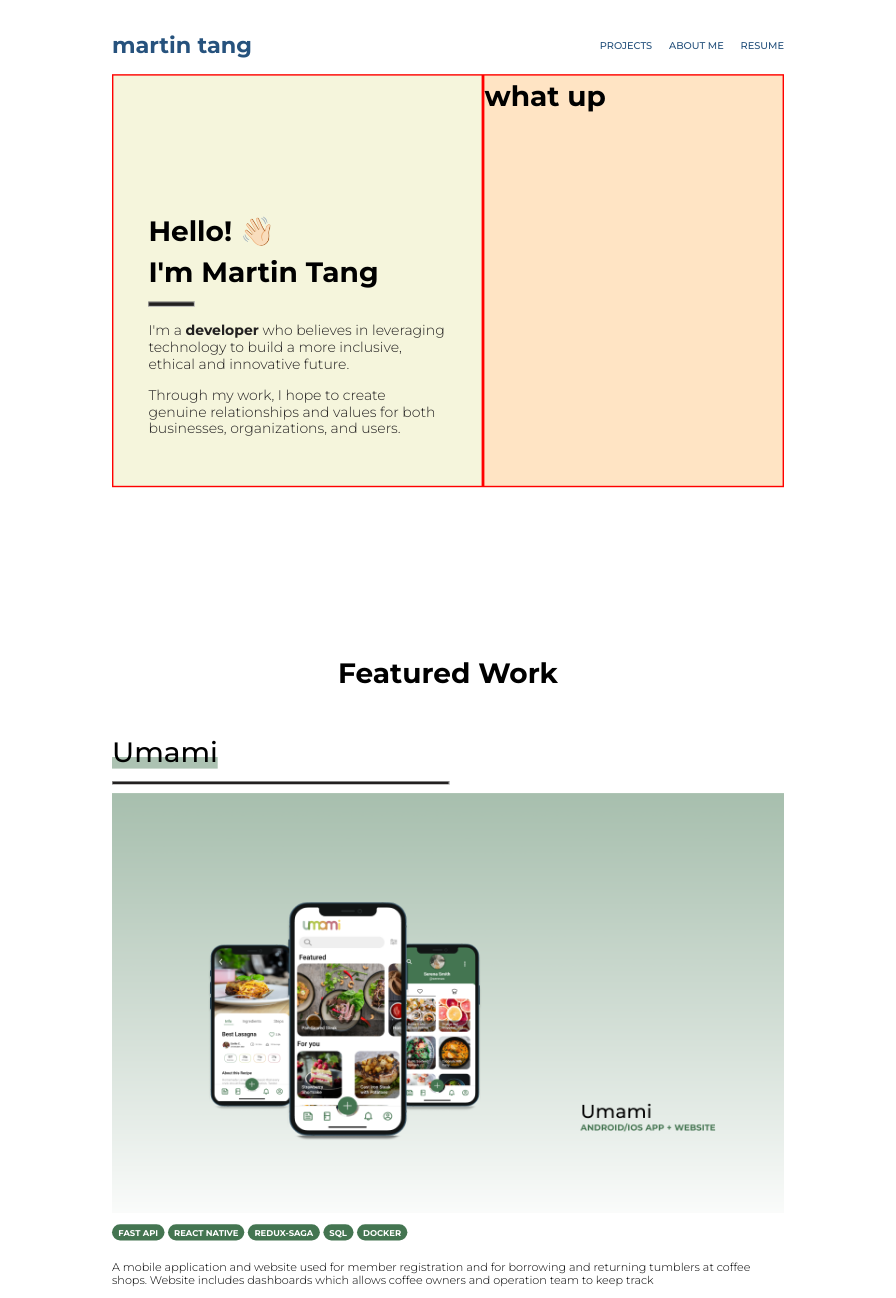
Repository: TangMartin/martintang
Page: index.html
An editor plug-in stored every save of this project. The page is shown before and after the next save, followed by the edit.
The browser window is 1280 px wide. The pictures show the whole page, at 70% of full size.

Above is the page before, as saved 2021-11-24 00:48:07.

### index.html
<!DOCTYPE html>

<html>
    <head>
        <link href="./styles/style.css" rel="stylesheet">
        <link rel="preconnect" href="https://fonts.googleapis.com">
        <link rel="preconnect" href="https://fonts.gstatic.com" crossorigin>
        <link href="https://fonts.googleapis.com/css2?family=Montserrat:wght@300;500;700&display=swap" rel="stylesheet">
        <title> Martin Tang</title>
    </head>

    <body>
        <div class="topnav">
            <a class="name" href="./index.html" style="font-weight: bold; font-size: 32px;">martin tang</a>
            <a class="tabs" href="./Martin_Tang_Resume.pdf" download>RESUME</a>
            <a class="tabs" href="./pages/aboutme.html">ABOUT ME</a>
            <a class="tabs" href="./pages/projects.html">PROJECTS</a>
        </div>
        <div class="flex-main">
            <div class="flex-left">
                <h1>Hello! <span class="wave">👋🏻</span> </h1>
                <h1>I'm Martin Tang</h1>
                <hr style="height:5px; width:15%; margin-left:0; background-color:#222020; display: inline-block">
                <h3>I'm a <strong>developer</strong> who believes in leveraging technology to build a more inclusive, ethical and innovative future. </h3>
                <h3>Through my work, I hope to create genuine relationships and values for both businesses, organizations, and users.</h3>
            </div>
            <div class="flex-right">
                <h1> what up</h1>
            </div>
        </div>
        <div class="featured_work">
            <!-- Featured Work -->
            <h1 style="text-align: center; padding-top: 5rem;"> Featured Work </h1>
            <ul class="work_list">

                <!-- Umami -->
                <li class="work_item">
                    <h1><span class="highlight" style="--highlighter-color: #ACC2B2">Umami</span></h1>
                    <hr style="height:2.5px; width:50%; margin-left:0; background-color:#222020; display: inline-block">
                    <img class="work_image" src="./assets/images/Umami.png" />
                    <div class="technologies">
                        <p>FAST API</p>
                        <p>REACT NATIVE</p>
                        <p>REDUX-SAGA</p>
                        <p>SQL</p>
                        <p>DOCKER</p>
                    </div>
                    <p class="work_description">
                        A mobile application and website used for member registration and for borrowing and returning tumblers at coffee shops.  Website includes dashboards which allows coffee owners and operation team to keep track
                    </p>
                </li>
            </ul>
        </div>
    </body>
</html>

### styles/style.css
:root {
    --highlighter-color: #EEDF5B;
    --umami-color: #447551;
}

body {
    max-width: 60rem;
    margin-right: auto;
    margin-left: auto;
    width: 80vw;
    padding-top: 2rem;
}

body,
h1,
h2,
h3,
h4,
h5 {
  font-family: 'Montserrat', sans-serif;
}

h1 {
    font-size: 40px;
    margin: 5px 0px 10px 0px;
}

h3 {
    margin-top: 10px;
    color: #222020;
    font-size: 20px;
    font-weight: 300;
}

/* NAV BAR */
.topnav {
    flex-direction: row;
    margin-bottom: 1rem;
}
.topnav a {
    font-family: 'Montserrat', sans-serif;
    color: #26527D;
    line-height:50px;
    text-decoration: none;
}
.topnav a:hover {
    color: green;
  }
.tabs {
    float: right;
    line-height:50px;
    font-size: 14px;
    padding-left: 24px;
}

/* MAIN PAGE */
.flex-main {
    display: flex;
    flex-direction: row;
}
.flex-left {
    width: 50%;
    padding: 50px;
    padding-top: 12rem;
    background-color: beige;
    border: 2px solid red;
}
.flex-right {
    width: 50%;
    background-color: bisque;
    border: 2px solid red;
}

.wave {
    animation-name: wave-animation;  /* Refers to the name of your @keyframes element below */
    animation-duration: 2.5s;        /* Change to speed up or slow down */
    animation-iteration-count: infinite;  /* Never stop waving :) */
    transform-origin: 70% 70%;       /* Pivot around the bottom-left palm */
    display: inline-block;
  }

  @keyframes wave-animation {
      0% { transform: rotate( 0.0deg) }
     10% { transform: rotate(14.0deg) }  /* The following five values can be played with to make the waving more or less extreme */
     20% { transform: rotate(-8.0deg) }
     30% { transform: rotate(14.0deg) }
     40% { transform: rotate(-4.0deg) }
     50% { transform: rotate(10.0deg) }
     60% { transform: rotate( 0.0deg) }  /* Reset for the last half to pause */
    100% { transform: rotate( 0.0deg) }
  }

/* FEATUERED WORK */
.featured_work {
    margin-top: 10rem;
}
.work_list {
    list-style: none;
    padding-left: 0;
}
.work_item {
    margin-top: 4rem;
}
.work_image {
    max-width: 100%;
}
.work_description {
    font-weight: 300;
    width: 75;
}
.highlight {
    background: linear-gradient(180deg, #FFFFFF 65%, var(--highlighter-color) 65%);
    font-weight: 400;
}
.technologies {
    display: flex;
    flex-direction:row;

}
.technologies p {
    font-size: 12px;
    margin-right: 5px;
    color: #FFFFFF;
    font-weight: 600;
    border-radius:15px;
    padding: 4px 9px 4px 9px;
    background: var(--umami-color);
}

After the next save:
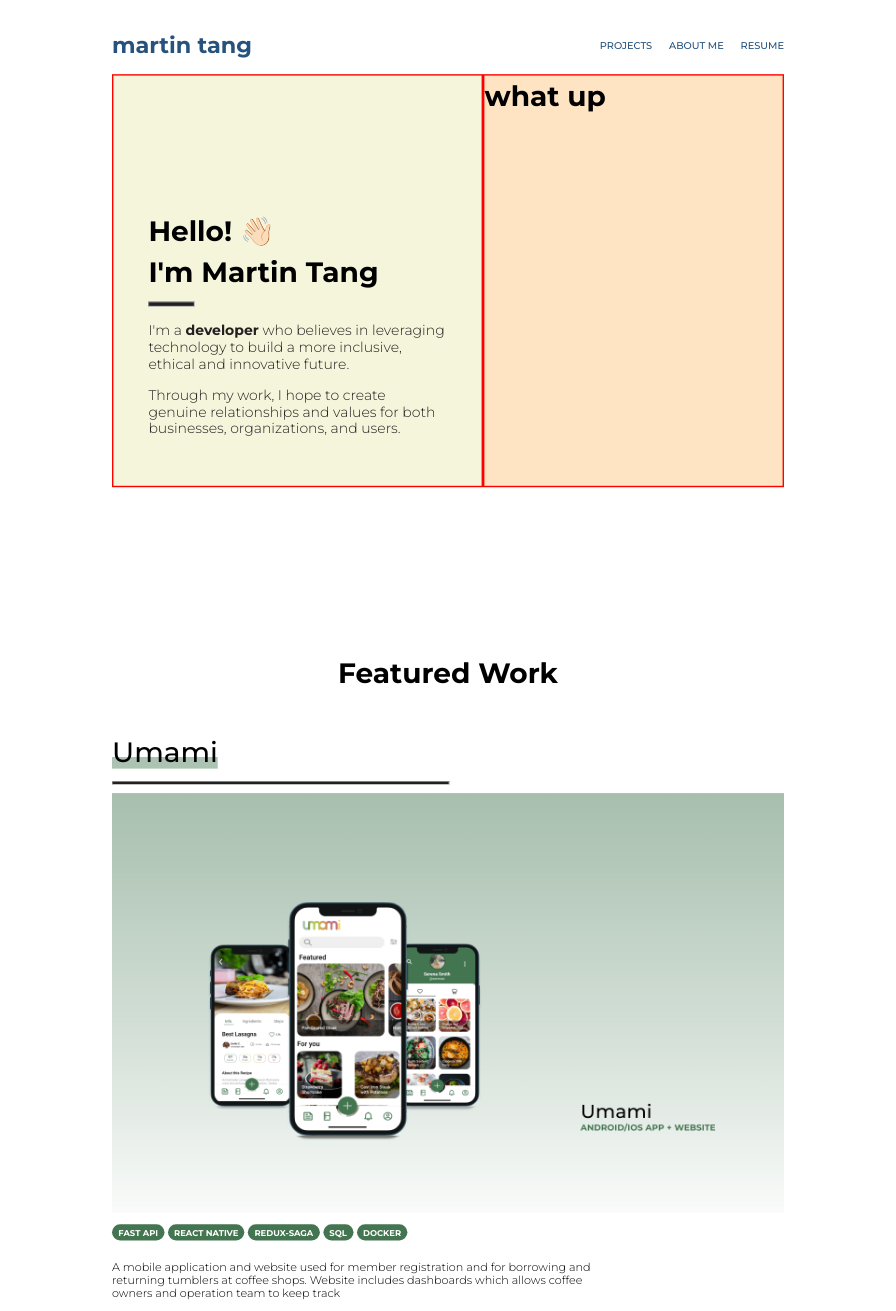
Saved 4 s later.
--- a/styles/style.css
+++ b/styles/style.css
@@ -106,7 +106,7 @@ h3 {
 }
 .work_description {
     font-weight: 300;
-    width: 75;
+    width: 75%;
 }
 .highlight {
     background: linear-gradient(180deg, #FFFFFF 65%, var(--highlighter-color) 65%);
